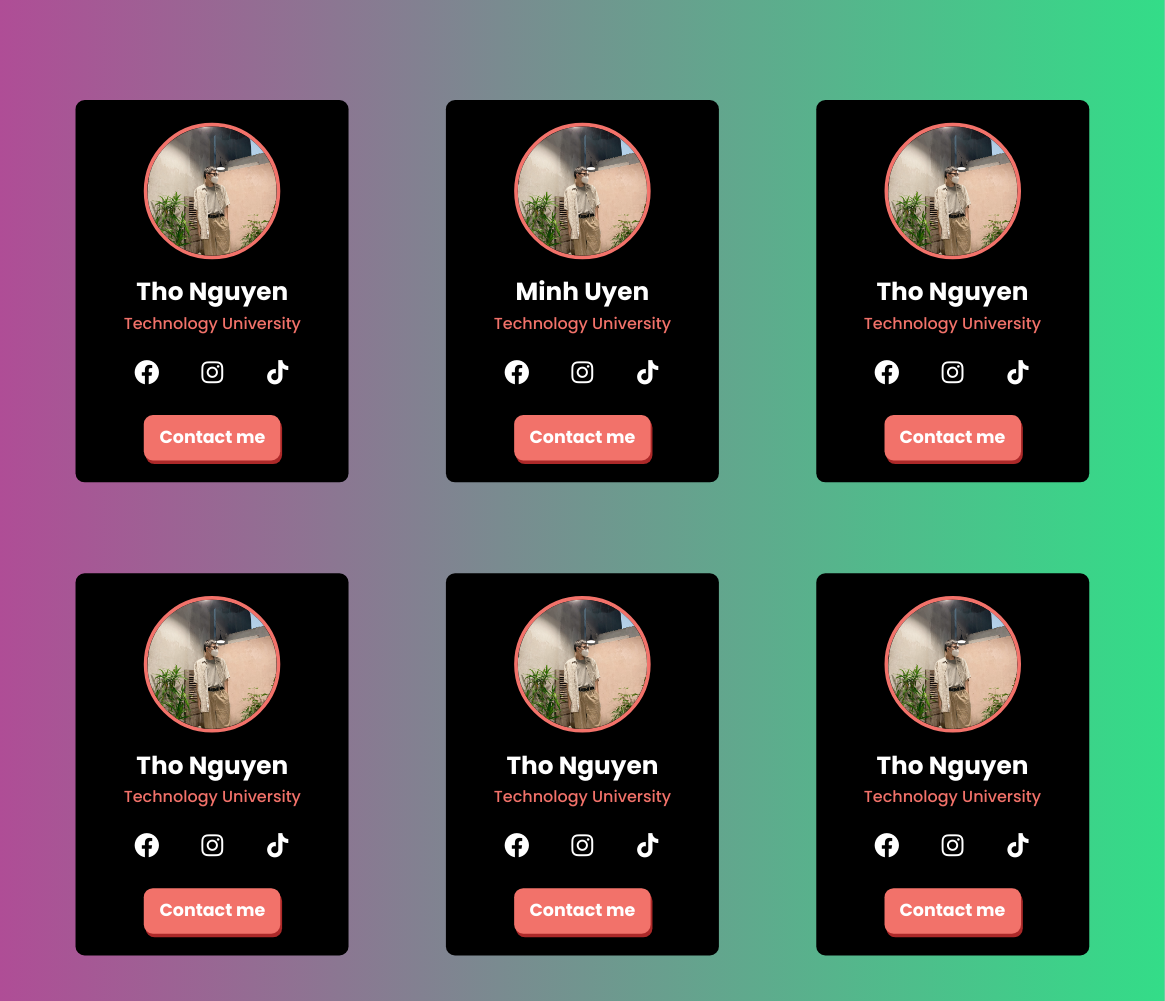
Repository: lausamtuong/profileCard
Page: index.html
These files come from the project's save history. The page is drawn as it stood at one moment and after the next save; the edit follows.
The browser window is 1280 px wide. The pictures show the whole page, at 91% of full size.
The style sheet was rebuilt from its Sass, Less or Tailwind sources for each picture, by a compiler version that may differ from the author's.

Above is the page before, as saved 2021-12-14 18:29:23.

### index.html
<!DOCTYPE html>
<html lang="en">
<head>
    <meta charset="UTF-8">
    <meta http-equiv="X-UA-Compatible" content="IE=edge">
    <meta name="viewport" content="width=device-width, initial-scale=1.0">
    <link rel="stylesheet" href="style.css">
    <link href="https://fonts.googleapis.com/css2?family=Lato:ital,wght@1,700;1,900&family=Poppins:wght@400;500;700&display=swap" rel="stylesheet">
    <link href='https://unpkg.com/boxicons@2.1.1/css/boxicons.min.css' rel='stylesheet'>

    <title>Document</title>
</head>
<body background="snow.jpg">
    <div class="card__list">
        <div class="card__item">

            <div class="card__image">
                <img src="tho.jpg" alt="">
            </div>
            <div class="card__name">Tho Nguyen</div>
            <div class="card__school">Technology University</div>
            <div class="card__social">
                <a href="https://www.facebook.com/profile.php?id=100013469562736">
                    <i class='bx bxl-facebook-circle'></i>
                </a>
                <a href=""> <i class='bx bxl-instagram' ></i></a>
                <a href=""> <i class='bx bxl-tiktok'></i></a>

            </div>
            <div class="card__btn">Contact me</div>
        </div>
        <div class="card__item">

            <div class="card__image">
                <img src="tho.jpg" alt="">
            </div>
            <div class="card__name">Minh Uyen</div>
            <div class="card__school">Technology University</div>
            <div class="card__social">
                <a href="https://www.facebook.com/profile.php?id=100013469562736">
                    <i class='bx bxl-facebook-circle'></i>
                </a>
                <a href=""> <i class='bx bxl-instagram' ></i></a>
                <a href=""> <i class='bx bxl-tiktok'></i></a>

            </div>
            <div class="card__btn">Contact me</div>
        </div>
        <div class="card__item">

            <div class="card__image">
                <img src="tho.jpg" alt="">
            </div>
            <div class="card__name">Tho Nguyen</div>
            <div class="card__school">Technology University</div>
            <div class="card__social">
                <a href="https://www.facebook.com/profile.php?id=100013469562736">
                    <i class='bx bxl-facebook-circle'></i>
                </a>
                <a href=""> <i class='bx bxl-instagram' ></i></a>
                <a href=""> <i class='bx bxl-tiktok'></i></a>

            </div>
            <div class="card__btn">Contact me</div>
        </div>
        <div class="card__item">

            <div class="card__image">
                <img src="tho.jpg" alt="">
            </div>
            <div class="card__name">Tho Nguyen</div>
            <div class="card__school">Technology University</div>
            <div class="card__social">
                <a href="https://www.facebook.com/profile.php?id=100013469562736">
                    <i class='bx bxl-facebook-circle'></i>
                </a>
                <a href=""> <i class='bx bxl-instagram' ></i></a>
                <a href=""> <i class='bx bxl-tiktok'></i></a>

            </div>
            <div class="card__btn">Contact me</div>
        </div>
        <div class="card__item">

            <div class="card__image">
                <img src="tho.jpg" alt="">
            </div>
            <div class="card__name">Tho Nguyen</div>
            <div class="card__school">Technology University</div>
            <div class="card__social">
                <a href="https://www.facebook.com/profile.php?id=100013469562736">
                    <i class='bx bxl-facebook-circle'></i>
                </a>
                <a href=""> <i class='bx bxl-instagram' ></i></a>
                <a href=""> <i class='bx bxl-tiktok'></i></a>

            </div>
            <div class="card__btn">Contact me</div>
        </div>
        <div class="card__item">

            <div class="card__image">
                <img src="tho.jpg" alt="">
            </div>
            <div class="card__name">Tho Nguyen</div>
            <div class="card__school">Technology University</div>
            <div class="card__social">
                <a href="https://www.facebook.com/profile.php?id=100013469562736">
                    <i class='bx bxl-facebook-circle'></i>
                </a>
                <a href=""> <i class='bx bxl-instagram' ></i></a>
                <a href=""> <i class='bx bxl-tiktok'></i></a>

            </div>
            <div class="card__btn">Contact me</div>
        </div>


    </div>
</body>
</html>

### style.scss
*{
    margin: 0;
    padding: 0;
    box-sizing: border-box;
}
html{
    font-family: 'Poppins', sans-serif;
}
:root {
    --pink-color: #f2726a;
  }
body{
    height: 100vh;
    background-image: linear-gradient(to right, #af4d96, #3d8);
}
.card{

    &__list{
        margin: 120px auto;
      display: flex;
      flex-wrap: wrap;
      justify-content: space-around;
      margin: 60px 30px;

    }
    &__item{
        width:300px;
        height:420px;
        background-color: #000;
        margin: 50px 20px;
        border-radius: 10px;
    }
    &__image{
        width: 150px;
        height: 150px;
        overflow: hidden;
        transition: 0.25s;
        margin: 0 auto;
        transform: translateY(25px);
        border-radius: 50%;
        border: 4px solid var(--pink-color);

        cursor: pointer;
        &:hover{
            width: 100%;
            height: 100%;
            border-radius: unset;
            border: unset;
            transform: unset;
           img{
               border-radius: 10px;
           }
             }
        }
      &__name{
          color:#fff;
          font-weight: 700;
          font-size: 1.7rem;
          text-align: center;
          margin-top: 40px;
      }
      &__school{
          font-weight: 500;
          font-size: 1.1rem;
          text-align: center;
          color:var(--pink-color)
      }
      &__social{

          font-size: 2rem;
          display:flex;
          justify-content: center;
          margin:20px;
          a{
              margin: 0 20px;
              color:#fff;
          }
      }
      &__btn{
          width:150px;
          height: 50px;

          background-color:var(--pink-color);
          border-radius: 10px;
          margin:0 auto;
          margin-top: 20px;
          font-weight: 700;
          font-size: 1.2rem;
          text-align: center;
            padding-top:10px;
            color:#fff;
            box-shadow: 2px 4px 0 0 rgb(172, 41, 41);
            cursor:pointer;
            &:hover{
                opacity:0.9;
            }
            &:active{
                transform: translateY(2px) ;
                box-shadow: 2px 2px 0 0 rgb(172, 41, 41);
            }
      }
    }
img{
        width: 100%;
        height: 100%;
        object-fit: cover;
        object-position: center;
    }

.card__image:hover  ~.card__name,
.card__image:hover ~.card__school,
.card__image:hover ~.card__social,
.card__image:hover ~.card__btn
{
    display:none;
}

After the next save:
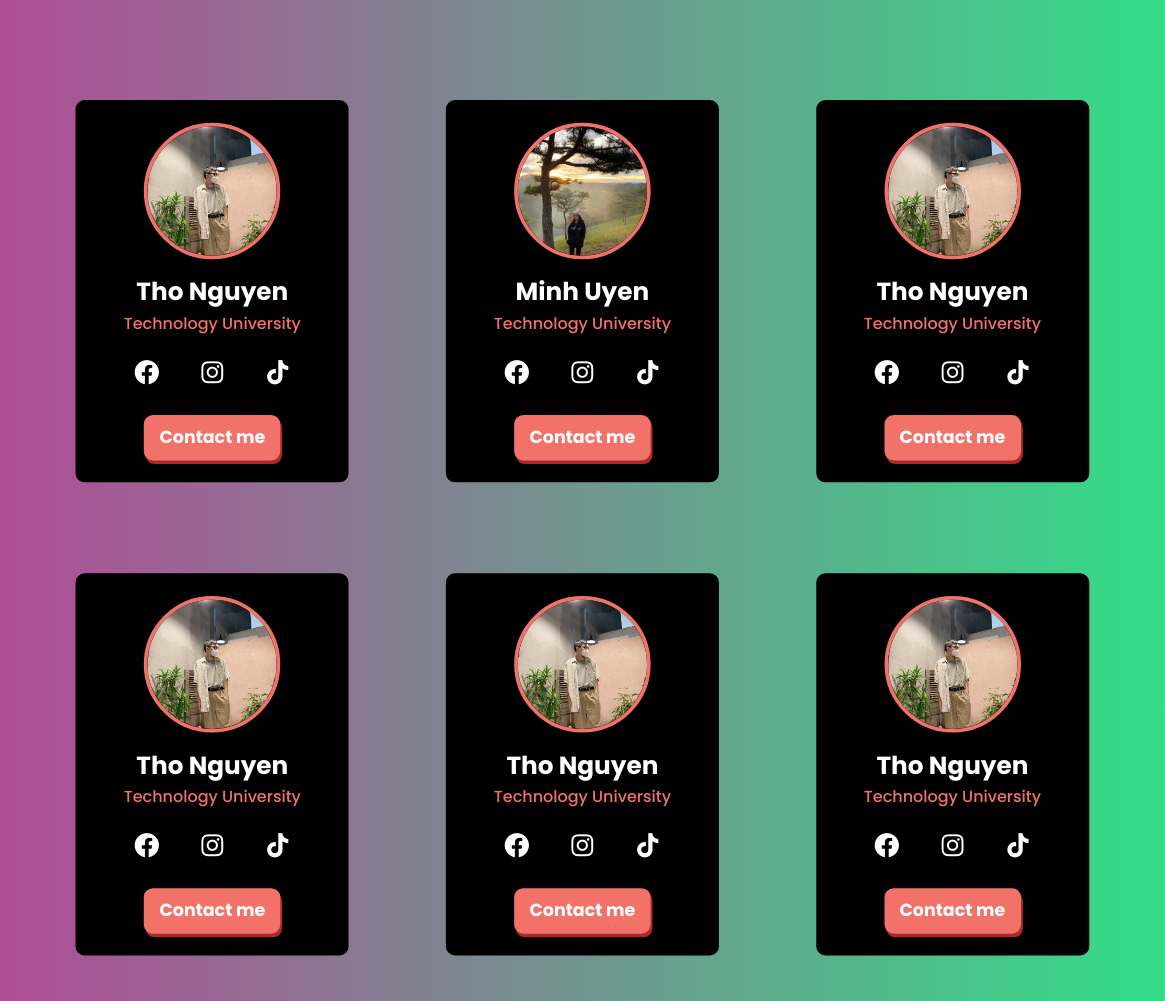
Saved 4 s later.
--- a/index.html
+++ b/index.html
@@ -32,7 +32,7 @@
         <div class="card__item">
 
             <div class="card__image">
-                <img src="tho.jpg" alt="">
+                <img src="uyen.jpg" alt="">
             </div>
             <div class="card__name">Minh Uyen</div>
             <div class="card__school">Technology University</div>
